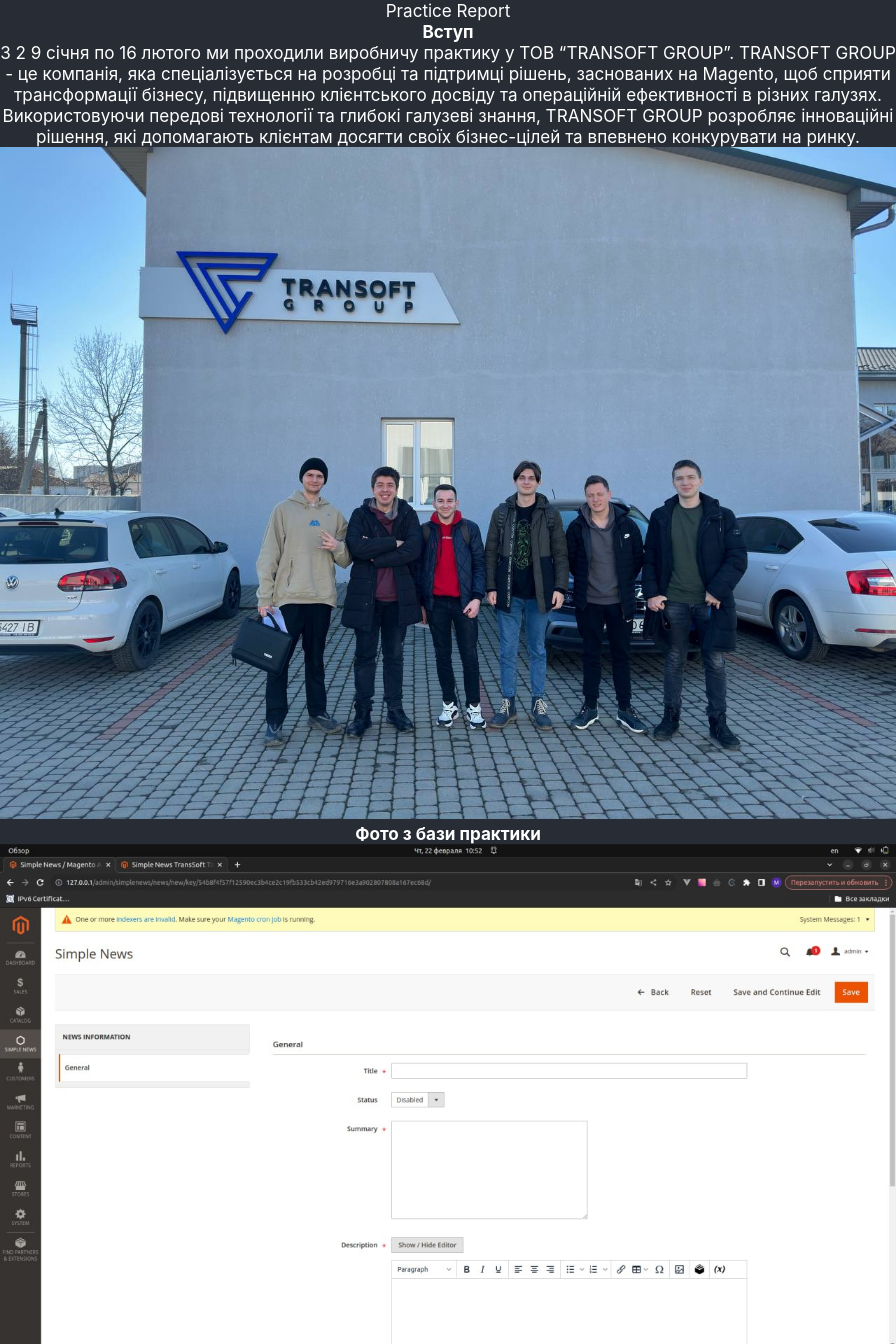
Repository: rutsguifd/prac-report
Page: /
The author's editor kept a copy of each file at every save. The page is drawn from the files as they stood at one save, then again after the next save.
The browser window is 1280 px wide. The pictures show the part of the page from y = 0 to 1920 px (the page is 3474 px tall before and 3514 px after), at 70% of full size.
The project was rebuilt for these pictures with package versions that can differ from the ones it lists, and the page was loaded fresh each time.

Above is the page before, as saved 2024-02-22 13:39:23.

### src/App.js
import "./App.css";
import IM1 from "./assets/im1.jpg";
import IM2 from "./assets/im2.jpg";
import IM3 from "./assets/im3.jpg";
import PR from "./assets/pr.jpg";

function App() {
  return (
    <div className="App">
      <header className="App-header">
        Practice Report
        <div>
          <b>Вступ</b>
          <div>
            З 2 9 січня по 16 лютого ми проходили виробничу практику у ТОВ
            “TRANSOFT GROUP”. TRANSOFT GROUP - це компанія, яка спеціалізується
            на розробці та підтримці рішень, заснованих на Magento, щоб сприяти
            трансформації бізнесу, підвищенню клієнтського досвіду та
            операційній ефективності в різних галузях. Використовуючи передові
            технології та глибокі галузеві знання, TRANSOFT GROUP розробляє
            інноваційні рішення, які допомагають клієнтам досягти своїх
            бізнес-цілей та впевнено конкурувати на ринку.
          </div>
          <div>
            <img src={PR} alt="alt" width="100%" />
            <b>Фото з бази практики</b>
          </div>
          <div>
            <img src={IM1} alt="alt" width="100%" />
            <b>Фото з адмін панелі 1</b>
          </div>
          <div>
            <img src={IM2} alt="alt" width="100%" />
            <b>Фото з адмін панелі 2</b>
          </div>
          <div>
            <img src={IM3} alt="alt" width="100%" />
            <b>Фото з вебсайту</b>
          </div>
        </div>
      </header>
    </div>
  );
}

export default App;

Loaded but not shown: public/index.html (common file); src/index.js (common file); src/index.css (common file); src/App.css (common file)

After the next save:
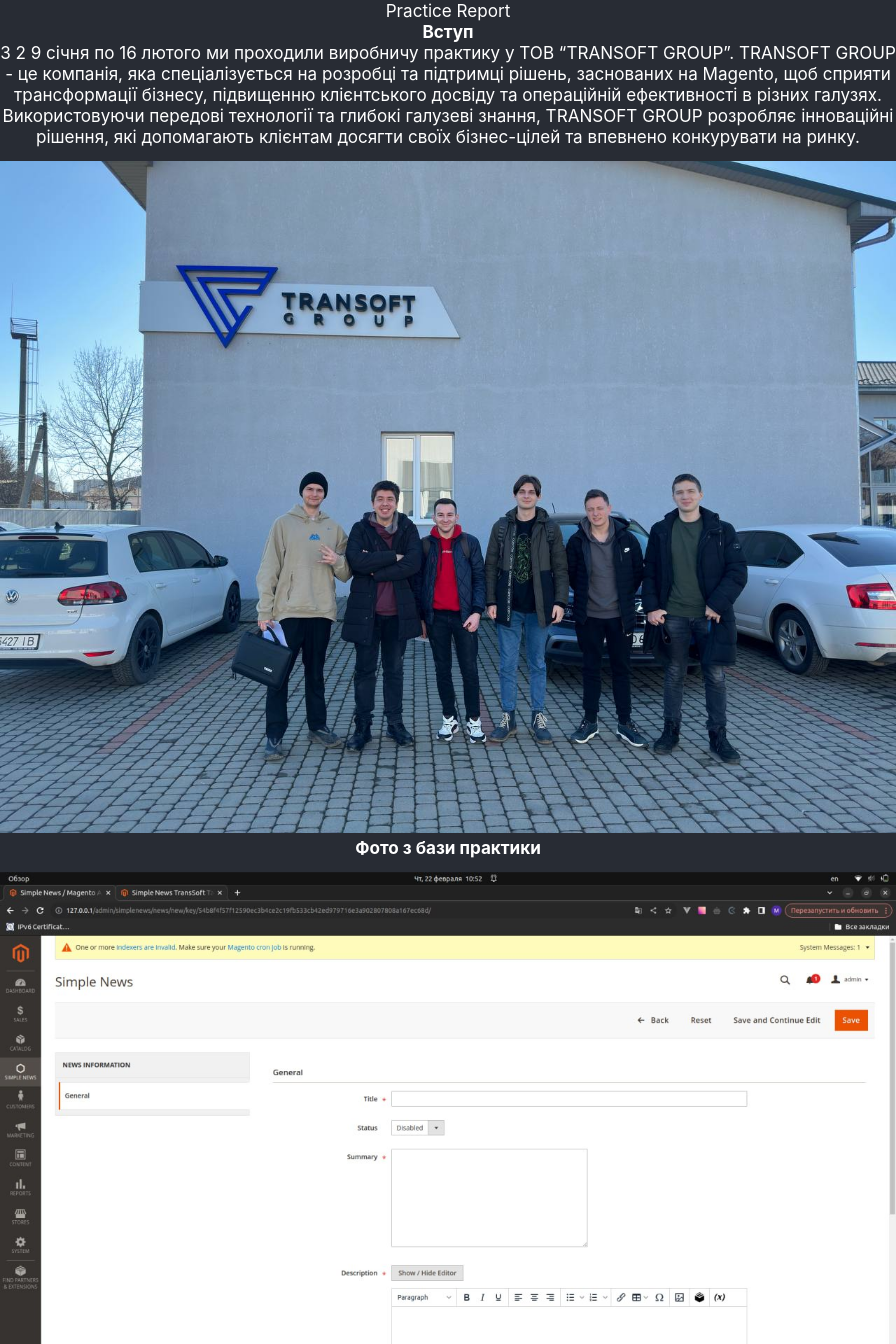
Saved 50 s later.
--- a/src/App.js
+++ b/src/App.js
@@ -21,7 +21,7 @@
             інноваційні рішення, які допомагають клієнтам досягти своїх
             бізнес-цілей та впевнено конкурувати на ринку.
           </div>
-          <div>
+          <div style={{ margin: "20px 0" }}>
             <img src={PR} alt="alt" width="100%" />
             <b>Фото з бази практики</b>
           </div>
